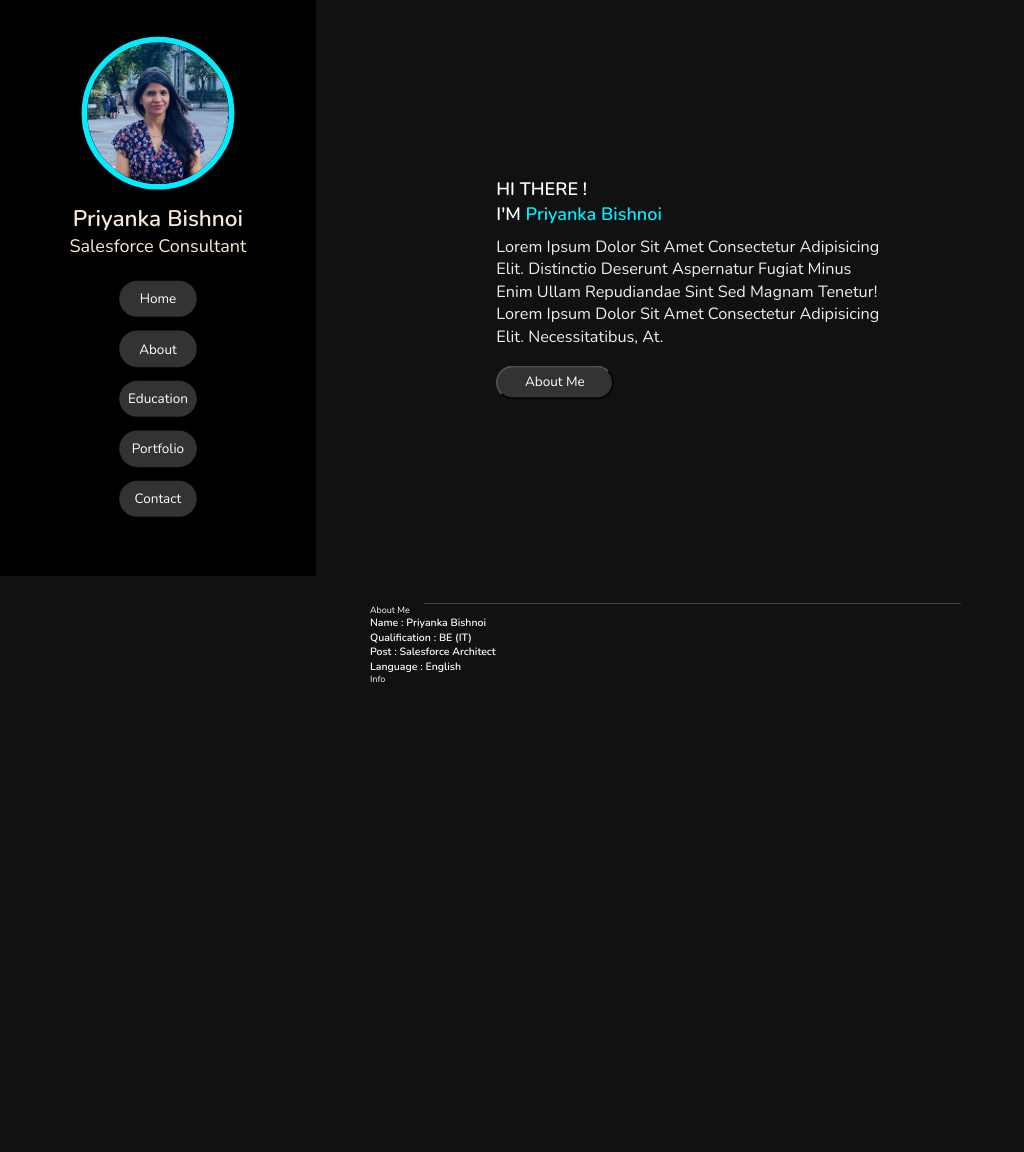
Repository: priyanka-bishnoi/PortfolioPage
Page: MyPage.html
These files come from the project's save history. The page is drawn as it stood at one moment and after the next save; the edit follows.
The browser window is 1280 px wide. The pictures show the whole page, at 80% of full size.

Above is the page before, as saved 2022-10-08 17:18:43.

After the next save:
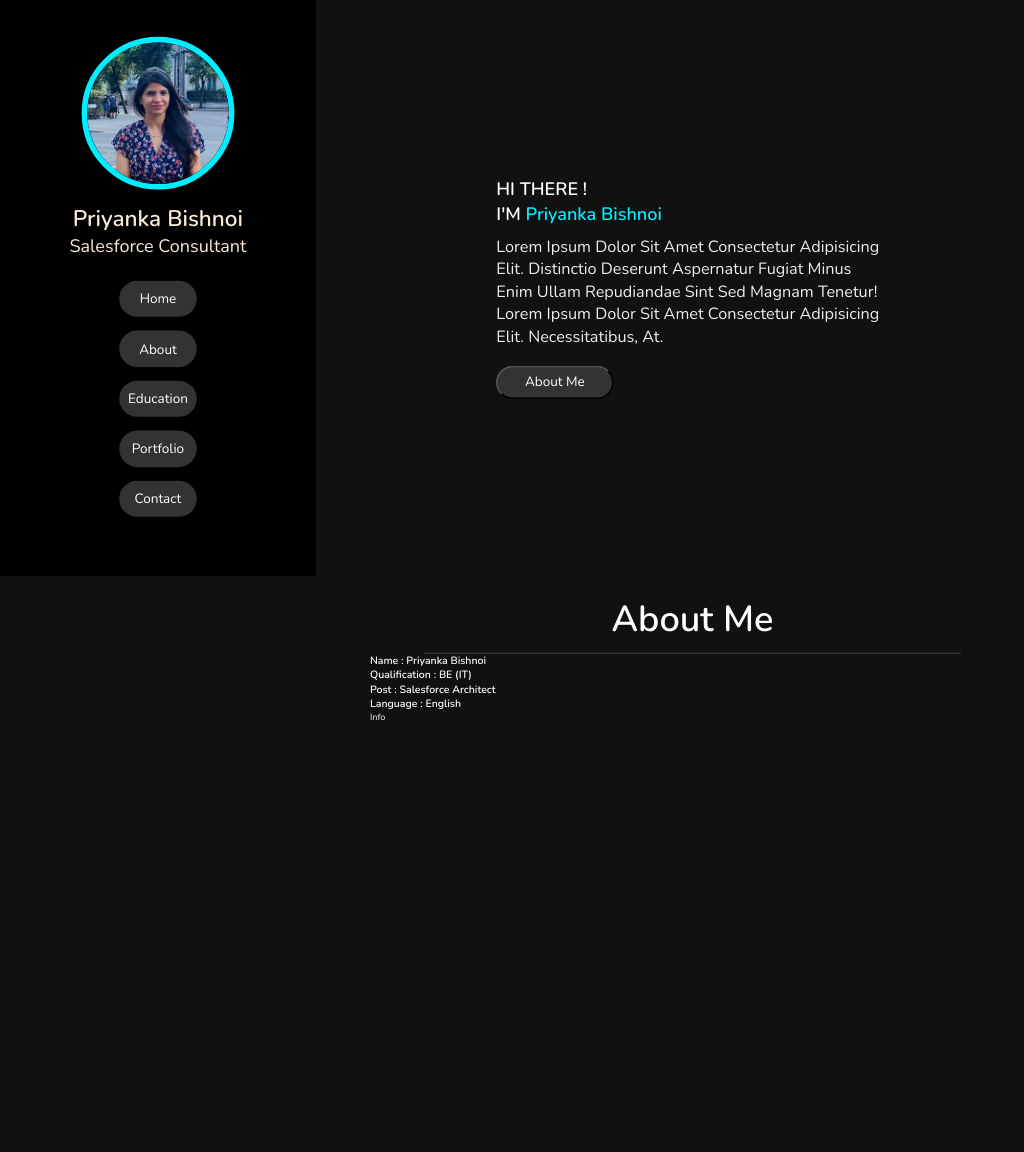
Saved 28 s later.
--- a/MyPage.html
+++ b/MyPage.html
@@ -42,7 +42,7 @@
 </section>
 
 <section class="about" id="about">
-<h1 class="heading"> </h1>About Me</h1>
+<h1 class="heading"> About Me</h1>
 
 <div>
     <div class="row">
